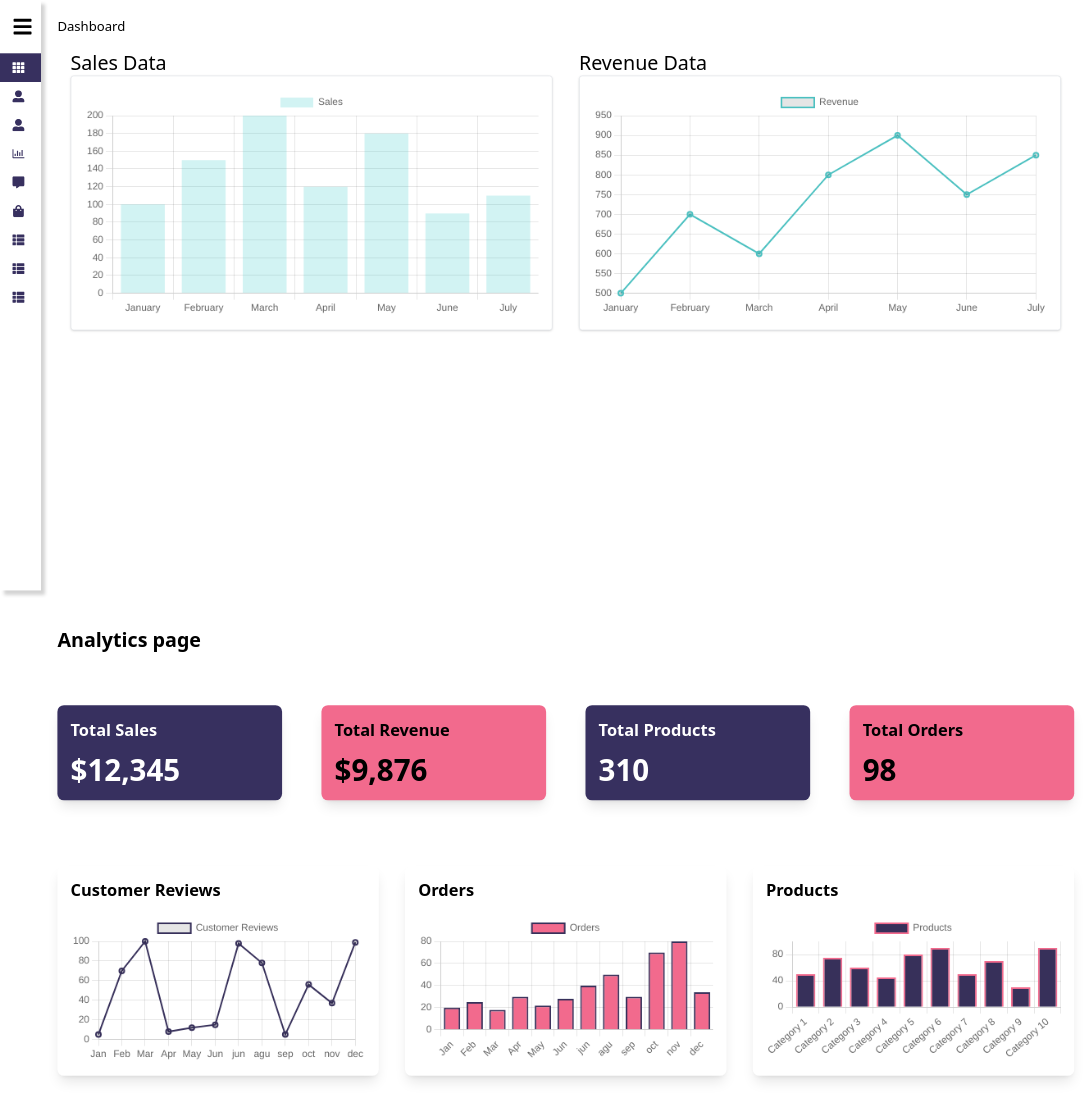
Repository: AndargWorku12/admin-dashboard
Page: /
The author's editor kept a copy of each file at every save. The page is drawn from the files as they stood at one save, then again after the next save.
The browser window is 1280 px wide. The page is 1330 px wide, so the pictures cover 1330 px, including what lies to the right of the window. The pictures show the whole page, at 82% of full size.
The project was rebuilt for these pictures with package versions that can differ from the ones it lists, and the page was loaded fresh each time. Also part of the build but not shown: src/styles/orders.css, src/pages/OrderTable.tsx, src/pages/OrderModal.tsx, src/pages/Orders.tsx, src/pages/CategoryDropdown.tsx, src/pages/CategoryModal.tsx, src/pages/CategoryPage.tsx, src/styles/login.css and 9 more.

Above is the page before, as saved 2024-02-02 03:32:08.

### src/index.tsx
import { ColorModeScript } from "@chakra-ui/react"
import * as React from "react"
import * as ReactDOM from "react-dom/client"
import App from "./App"
import './index.css'

const container = document.getElementById("root")
if (!container) throw new Error('Failed to find the root element');
const root = ReactDOM.createRoot(container)

root.render(

  <React.StrictMode>
    <ColorModeScript />
    <App />
  </React.StrictMode>,

)

### src/components/Sidebar.tsx
import React, { useState } from 'react';
import ReactNode from "react";
import {
    FaTh,
    FaBars,
    FaUserAlt,
    FaRegChartBar,
    FaCommentAlt,
    FaShoppingBag,
    FaThList
} from 'react-icons/fa';
import { NavLink, NavLinkProps } from 'react-router-dom';



interface MenuItem {
    path: string;
    name: string;
    icon: JSX.Element;
}

interface SidebarProps {
  children: React.ReactNode;
}
    const Sidebar: React.FC<React.PropsWithChildren<{}>> = ({ children }) => {
    const [isOpen, setIsOpen] = useState(false);

    const toggle = () => setIsOpen(!isOpen);

    const menuItems: MenuItem[] = [
        {
            path: '/',
            name: 'Dashboard',
            icon: <FaTh />,
        },
        {
            path: '/login',
            name: 'Login',
            icon: <FaUserAlt />,
        },
        {
          path: '/signup',
          name: 'Register form',
          icon: <FaUserAlt />,
      },
        {
            path: '/analytics',
            name: 'Analytics',
            icon: <FaRegChartBar />,
        },
        {
            path: '/review',
            name: 'CustemerReview',
            icon: <FaCommentAlt />,
        },
        {
            path: '/product',
            name: 'Product',
            icon: <FaShoppingBag />,
        },
        {
            path: '/category',
            name: 'Category List',
            icon: <FaThList />,
        },
        {
          path: '/orders',
          name: 'Orders',
          icon: <FaThList />,
      },
      {
        path: '/shop',
        name: 'Sample product',
        icon: <FaThList />,
    },
    ];

    return (
        <div className="container">
            <div style={{ width: isOpen ? '200px' : '50px' }} className="sidebar">
                <div className="top_section">
                    <h1 style={{ display: isOpen ? 'block' : 'none' }} className="logo">
                        Logo
                    </h1>
                    <div style={{ marginLeft: isOpen ? '50px' : '0px' }} className="bars">
                        <FaBars onClick={toggle} />
                    </div>
                </div>
                {menuItems.map((item, index) => (
                    <NavLink to={item.path} key={index} className="link"
                    //  activeClassName="active"
                     >
                        <div className="icon">{item.icon}</div>
                        <div style={{ display: isOpen ? 'block' : 'none' }} className="link_text text-sm">
                            {item.name}
                        </div>
                    </NavLink>
                ))}
            </div>
            <main>{children}</main>
        </div>
    );
};

export default Sidebar;

### src/pages/Dashboard.tsx
import React from 'react';
import { Bar, Line } from 'react-chartjs-2';
import {
  Chart as ChartJS,
  CategoryScale,
  LinearScale,
  BarElement,
  PointElement,
  LineElement,
  Title,
  Tooltip,
  Legend,
} from 'chart.js';
import AnalyticsPage from './Analytics';

ChartJS.register(
  CategoryScale,
  LinearScale,
  BarElement,
  PointElement,
  LineElement,
  Title,
  Tooltip,
  Legend
);
// import Chart from 'chart.js/auto';
// Assuming saleData and revenueData are custom types
type SaleData = {
  date: string;
  amount: number;
};

type RevenueData = {
  month: string;
  revenue: number;
};

interface DashboardProps {
  saleData: SaleData[];
  revenueData: RevenueData[];
}

const Dashboard: React.FC<DashboardProps> = ({ saleData, revenueData }) => {
  const barChartData = {
    labels: ['January', 'February', 'March', 'April', 'May', 'June', 'July'],
    datasets: [
      {
        label: 'Sales',
        data: saleData.map((data) => data.amount),
        backgroundColor: 'rgba(34,192,192,0.2)',



      },
    ],
  };

  const lineChartData = {
    labels: ['January', 'February', 'March', 'April', 'May', 'June', 'July'],
    datasets: [
      {
        label: 'Revenue',
        data: revenueData.map((data) => data.revenue),
        fill: false,
        borderColor: 'rgba(75,192,192,1)',
        borderWidth: 2,
        //some thing


      },
    ],
  };

  return (
    <div>
      <h2>Dashboard</h2>
<div className="flex h-screen">
      <div className="flex-1 max-w-screen-md p-4">
        <h3 className="text-2xl">Sales Data</h3>
        <div className="border p-4 bg-white rounded shadow">
        <Bar data={barChartData} />
      </div>
      </div>

      <div className="flex-1 max-w-screen-md p-4">
        <h3 className="text-2xl">Revenue Data</h3>
        <div className="border p-4 bg-white rounded shadow" >
        <Line data={lineChartData} />
        </div>
      </div>
      </div>
      <div>
      <AnalyticsPage/>
      </div>
    </div>
  );
};

export default Dashboard;











// import React from 'react';
// import { Bar, Line } from 'react-chartjs-2';

// interface DashboardProps {
//   saleData: saleData[];
//   revenueData: revenueData[];
// }

// const Dashboard: React.FC<DashboardProps> = ({ saleData, revenueData }) => {
//   const barChartData = {
//     labels: ['January', 'February', 'March', 'April', 'May', 'June', 'July'],
//     datasets: [
//       {
//         label: 'Sales',
//         data: saleData,
//         backgroundColor: 'rgba(75,192,192,0.2)',
//         borderColor: 'rgba(75,192,192,1)',
//         borderWidth: 1,
//       },
//     ],
//   };

//   const lineChartData = {
//     labels: ['January', 'February', 'March', 'April', 'May', 'June', 'July'],
//     datasets: [
//       {
//         label: 'Revenue',
//         data: revenueData,
//         fill: false,
//         borderColor: 'rgba(75,192,192,1)',
//         borderWidth: 2,
//       },
//     ],
//   };

//   return (
//     <div>
//       <h2>Dashboard</h2>

//       <div>
//         <h3>Sales Data</h3>
//         <Bar data={barChartData} />
//       </div>

//       <div>
//         <h3>Revenue Data</h3>
//         <Line data={lineChartData} />
//       </div>
//     </div>
//   );
// };

// export default Dashboard;

### src/pages/Analytics.tsx

// Install dependencies:
// npm install react-chartjs-2 chart.js

import React from 'react';
import { Bar, Line } from 'react-chartjs-2';
import '../styles/analytics.css'
const AnalyticsPage: React.FC = () => {
  // Sample data
  const customerReviewData = {
    labels: ['Jan', 'Feb', 'Mar', 'Apr', 'May', 'Jun','jun','agu','sep','oct','nov','dec'],
    datasets: [
      {
        label: 'Customer Reviews',
        data: [5, 70, 100, 8, 12, 15,98,78,5,56,37,99],
        borderColor: '#37305A',
        borderWidth: 2,
        fill: false,
      },
    ],
  };

  const ordersData = {
    labels: ['Jan', 'Feb', 'Mar', 'Apr', 'May', 'Jun','jun','agu','sep','oct','nov','dec'],
    datasets: [
      {
        label: 'Orders',
        data: [20, 25, 18, 30, 22, 28,40,50,30,70,80,34],
        backgroundColor: '#F26A8D',
        borderColor: '#37305A',
        borderWidth: 2,
      },
    ],
  };

  const productsData = {
    labels: ['Category 1', 'Category 2', 'Category 3', 'Category 4', 'Category 5','Category 6','Category 7','Category 8','Category 9','Category 10'],
    datasets: [
      {
        label: 'Products',
        data: [50, 75, 60, 45, 80,90,50,70,30,90],
        backgroundColor: '#37305A',
        borderColor: '#F26A8D',
        borderWidth: 2,

      },
    ],
  };

  return (
    <>
    <h2 className='text-black font-bold text-2xl mb-16'>Analytics page</h2>

    <div className="col-span-4 md:col-span-2 lg:col-span-1 flex justify-between gap-8 mb-20 ">
          <div className="card1 p-4 rounded-lg shadow-lg flex-1 mr-4">
            <h2 className="text-xl font-bold mb-4">Total Sales</h2>
            <p className="text-4xl font-bold">$12,345</p>
          </div>
                {/* <div className='gap-8 col-span-3 md:col-span-2 lg:col-span-1 flex justify-between w-48'> */}
          <div className=" card2 p-4 rounded-lg shadow-lg flex-1 mr-4">
            <h2 className="text-xl font-bold mb-4">Total Revenue</h2>
            <p className="text-4xl font-bold">$9,876</p>
          </div>



          <div className="card1 p-4 rounded-lg shadow-lg flex-1 mr-4">
            <h2 className="text-xl font-bold mb-4">Total Products</h2>
            <p className="text-4xl font-bold">310</p>
          </div>


          <div className="card2 p-4 rounded-lg shadow-lg flex-1">
            <h2 className="text-xl font-bold mb-4">Total Orders</h2>
            <p className="text-4xl font-bold">98</p>
          </div>
          {/* <div className="bg-white p-4 rounded-lg shadow-lg flex-1">
            <h2 className="text-xl font-bold mb-4">Total Categories</h2>
            <p className="text-4xl font-bold">15</p>
          </div> */}
          {/* </div> */}
        </div>
    <div className="container mx-auto my-8 ">

      <div className=" chart grid grid-cols-1 md:grid-cols-2 lg:grid-cols-3 gap-8 w-screen ">
        {/* Customer Reviews Chart */}
        <div className="customer bg-white p-4 rounded-lg shadow-lg ">
          <h2 className="text-xl font-bold mb-4">Customer Reviews</h2>
          <Line data={customerReviewData} />
        </div>

        {/* Orders Chart */}
        <div className="orders bg-white p-4 rounded-lg shadow-lg">
          <h2 className="text-xl font-bold mb-4">Orders</h2>
          <Bar data={ordersData} />
        </div>

        {/* Products Chart */}
        <div className=" product bg-white p-4 rounded-lg shadow-lg ">
          <h2 className="text-xl font-bold mb-4">Products</h2>
          <Bar data={productsData} />
        </div>

        {/* Total Metrics Cards */}
        {/* <div className='col-span-3 md:col-span-2 lg:col-span-1 flex justify-between gap-10'> */}


        {/* <div className="col-span-3 md:col-span-2 lg:col-span-1 flex justify-between gap-8 w-48">
          <div className="bg-white p-4 rounded-lg shadow-lg flex-1 mr-4">
            <h2 className="text-xl font-bold mb-4">Total Reviews</h2>
            <p className="text-4xl font-bold">135</p>
          </div>




        </div> */}


        {/* </div> */}
      </div>
    </div>
    </>
  );
};

export default AnalyticsPage;

### src/App.css
* {
    margin: 0;
    padding: 0;
    text-decoration: none;
    /* background: #fff; */
    /* color: #fff; */
    /* background: #0e1630 */
    /* background-color: #0e1630; */
}

.container {
    display: flex;
}

main {
    width: 100%;
    padding: 20px;
}

.sidebar {
    background: #fff;
    /* background: #0e1630; */
    box-shadow: 5px 5px 4px rgb(212, 212, 212);
    color: #000;
    height: 100vh;
    width: 200px;
    transition: all 0.5s;
}

.top_section {
    display: flex;
    align-items: center;
    padding: 20px 15px;
}

.logo {
    font-size: 30px;
}

.bars {
    display: flex;
    font-size: 25px;
    margin-left: 50px;
}

.link {
    display: flex;
    color: #37305F;
    padding: 10px 15px;
    gap: 15px;
    transition: all 0.5s;
}

.link:hover {
    background: #37305F;
    color: #fff;
    transition: all 0.5s;
}

.active {
    background: #37305F;
    color: #fff;
}

.icon,
.link_text {
    font-size: 15px;
}

### src/styles/analytics.css
.card1 {
    background: #37305F;
    color: #fff;
}

.card2 {
    background: #F26A8D;
    color: black;
}


/* .chart {
    box-shadow: 0.5px 0.5px 0.5px gray;
} */

.customer {
    max-width: 400px;
}

.orders {
    max-width: 400;
}

.product {
    max-width: 400px;
}

Loaded but not shown: public/index.html (common file); src/index.css (common file); tailwind.config.js (common file); src/App.tsx (328 lines, source omitted)

After the next save:
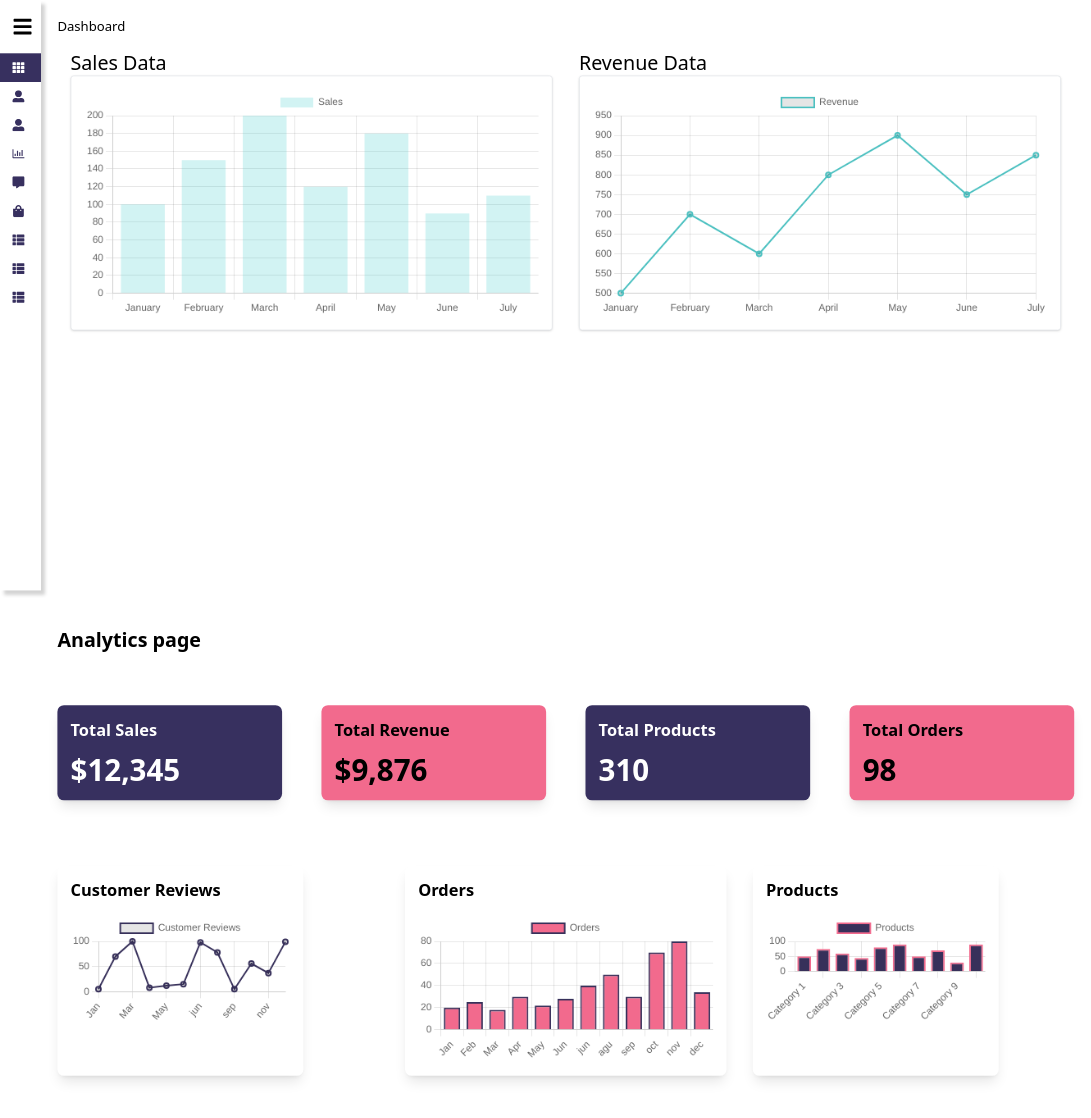
Saved 41 s later.
--- a/src/styles/analytics.css
+++ b/src/styles/analytics.css
@@ -14,13 +14,13 @@
 } */
 
 .customer {
-    max-width: 400px;
+    max-width: 300px;
 }
 
 .orders {
-    max-width: 400;
+    max-width: 300;
 }
 
 .product {
-    max-width: 400px;
+    max-width: 300px;
 }

After the save that followed:
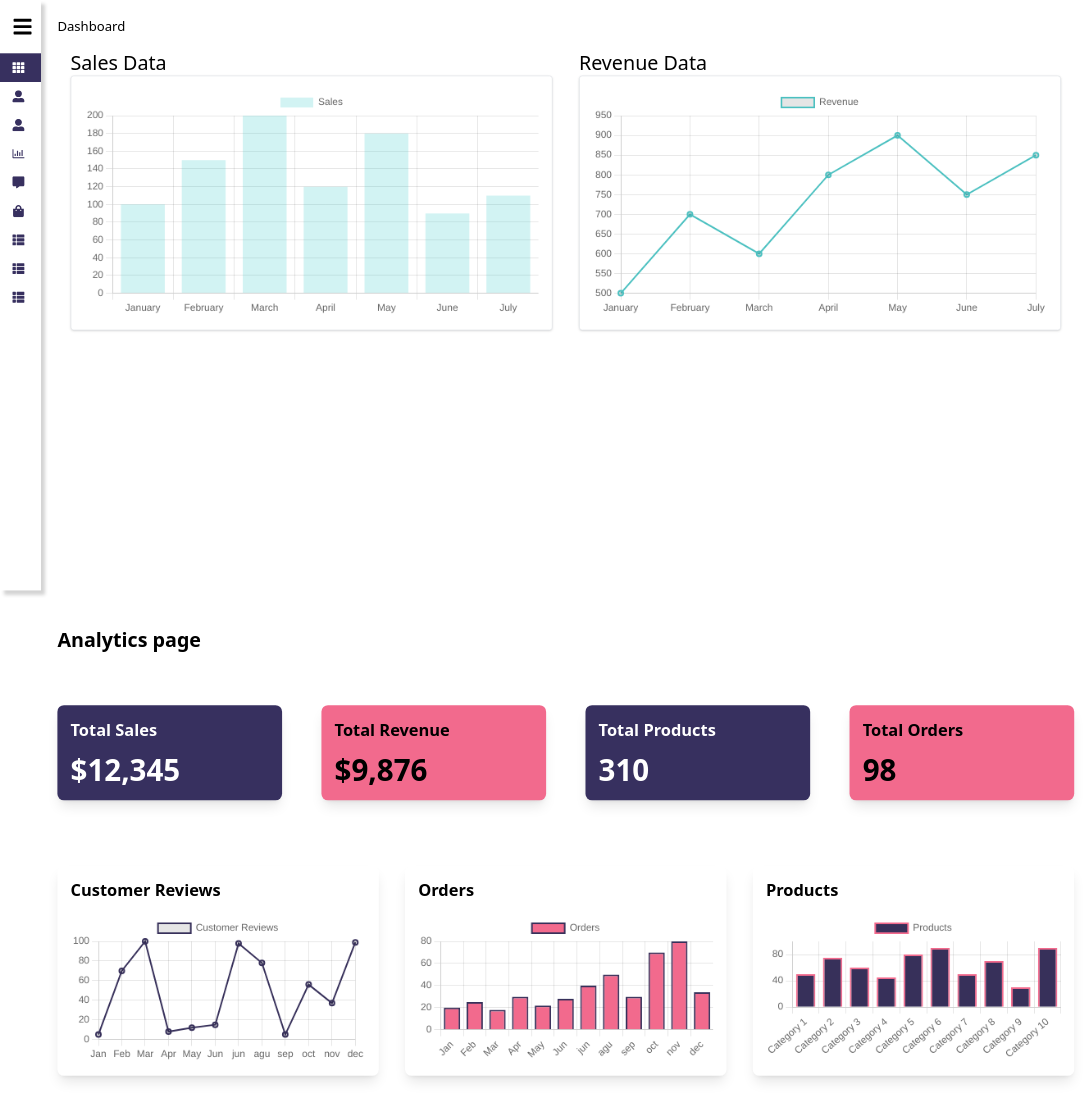
Saved 13 s later.
--- a/src/styles/analytics.css
+++ b/src/styles/analytics.css
@@ -14,13 +14,13 @@
 } */
 
 .customer {
-    max-width: 300px;
+    max-width: 400px;
 }
 
 .orders {
-    max-width: 300;
+    max-width: 400;
 }
 
 .product {
-    max-width: 300px;
+    max-width: 400px;
 }
